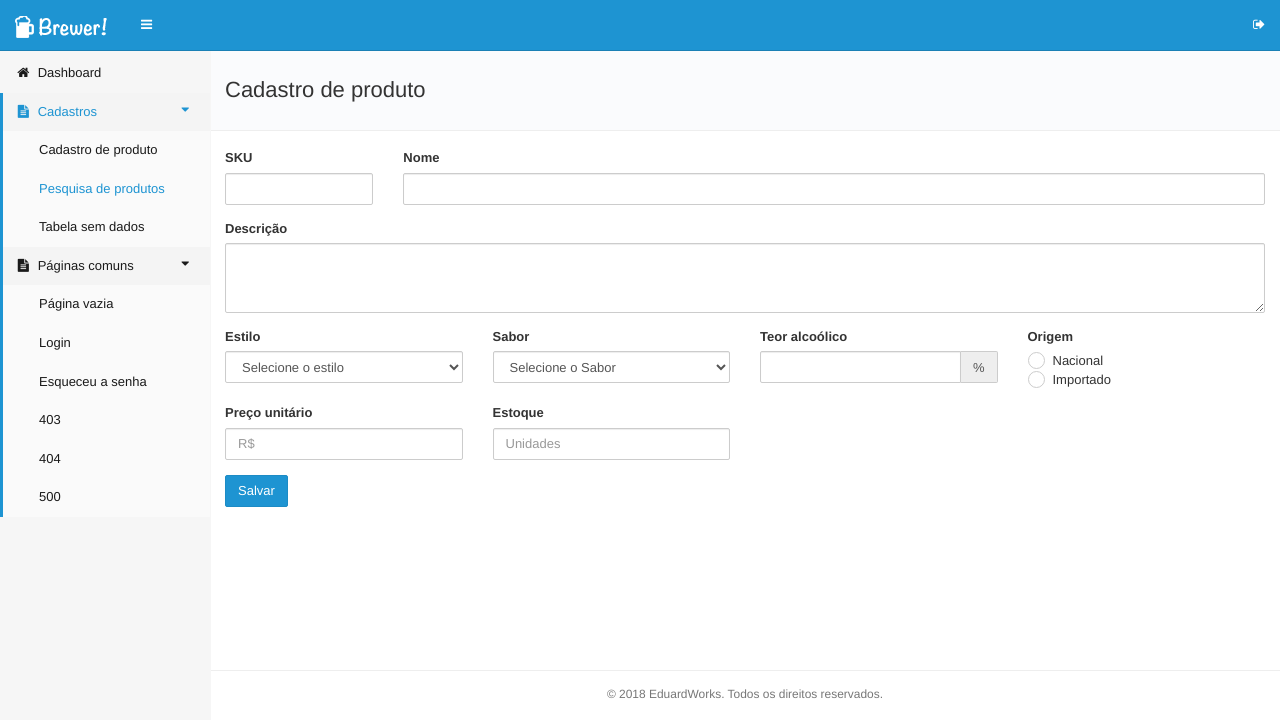
Repository: dumuller/spring-expert
Page: http://localhost/cerveja/CadastroCerveja
These files come from the project's save history. The page is drawn as it stood at one moment and after the next save; the edit follows.
The browser window is 1280 px wide. The pictures show the whole page.
The page is this project's Thymeleaf template; nobody is signed in. The template is opened directly, without the code that normally fills it, so the values that code supplies are empty.

Above is the page before, as saved 2018-12-10 16:47:28.

### brewer/src/main/resources/templates/cerveja/CadastroCerveja.html
<!DOCTYPE html>
<html lang="pt"xmlns="http://www.w3.org/1999/xhtml "
	           xmlns:th="http://www.thymeleaf.org">
<head>
	<meta charset="UTF-8"/>
	<meta http-equiv="X-UA-Compatible" content="IE=edge"/>
	<meta name="viewport" content="width=device-width, initial-scale=1"/>

	<title>Brewer</title>

	<link rel="stylesheet" type="text/css" href="/brewer/layout/stylesheets/vendors.min.css"/>
	<link rel="stylesheet" type="text/css" href="/brewer/layout/stylesheets/algaworks.min.css"/>
	<link rel="stylesheet" type="text/css" href="/brewer/layout/stylesheets/application.css"/>

	<!-- HTML5 shim and Respond.js for IE8 support of HTML5 elements and media queries -->
	<!-- WARNING: Respond.js doesn't work if you view the page via file:// -->
	<!--[if lt IE 9]>
		<script src="https://oss.maxcdn.com/html5shiv/3.7.2/html5shiv.min.js"></script>
		<script src="https://oss.maxcdn.com/respond/1.4.2/respond.min.js"></script>
	<![endif]-->
</head>
<body>

	<div class="aw-layout-page">


	<nav class="navbar  navbar-fixed-top  navbar-default  js-sticky-reference" id="main-navbar">
	  <div class="container-fluid">

	    <div class="navbar-header">
	      <a class="navbar-brand  hidden-xs" href="#">
	        <img alt="AlgaWorks" src="/brewer/images/logo.png"/>
	      </a>

	      <ul class="nav  navbar-nav">
	        <li>
	          <a href="#" class="js-sidebar-toggle"><i class="fa  fa-bars"></i></a>
	        </li>
	      </ul>
	    </div>

	    <ul class="nav navbar-nav  navbar-right">

	      <li>
	        <a href="#"><em class="fa  fa-sign-out"></em></a>
	      </li>
	    </ul>

	  </div>
	</nav>

	<aside class="aw-layout-sidebar  js-sidebar">
		<div class="aw-layout-sidebar__content">

	    	<nav class="aw-menu  js-menu">
	      		<ul class="aw-menu__list">

	        	<li class="aw-menu__item">
	         	 	<a href="dashboard.html"><i class="fa  fa-fw  fa-home"></i><span>Dashboard</span></a>
	       		</li>

	        	<li class="aw-menu__item  is-active">
	          	<a href="#">
	            	<i class="fa  fa-fw  fa-file-text"></i><span>Cadastros</span>
	            	<i class="aw-menu__navigation-icon  fa"></i>
	          	</a>

	          	<ul class="aw-menu__list  aw-menu__list--sublist">
	            	<li class="aw-menu__item  aw-menu__item--link"><a href="cadastro-produto.html">Cadastro de produto</a></li>
	            	<li class="aw-menu__item  aw-menu__item--link  is-active"><a href="pesquisa-produtos.html">Pesquisa de produtos</a></li>
	            	<li class="aw-menu__item  aw-menu__item--link"><a href="tabela-sem-dados.html">Tabela sem dados</a></li>
	          	</ul>
	        	</li>

	        	<li class="aw-menu__item  is-expanded">
	          	<a href="#">
	            	<i class="fa  fa-fw  fa-file-text"></i><span>Páginas comuns</span>
	            	<i class="aw-menu__navigation-icon  fa"></i>
	          	</a>

	          	<ul class="aw-menu__list  aw-menu__list--sublist">
	            	<li class="aw-menu__item  aw-menu__item--link"><a href="pagina-vazia.html">Página vazia</a></li>
	            	<li class="aw-menu__item  aw-menu__item--link"><a href="login.html">Login</a></li>
	            	<li class="aw-menu__item  aw-menu__item--link"><a href="esqueceu-a-senha.html">Esqueceu a senha</a></li>
	            	<li class="aw-menu__item  aw-menu__item--link"><a href="403.html">403</a></li>
	            	<li class="aw-menu__item  aw-menu__item--link"><a href="404.html">404</a></li>
	            	<li class="aw-menu__item  aw-menu__item--link"><a href="500.html">500</a></li>
	          	</ul>
	        	</li>

	      		</ul>
	    	</nav>

		</div>
	</aside>

	<section class="aw-layout-content  js-content">


		<div class="page-header">
			<div class="container-fluid">
				<h1>
					Cadastro de produto
				</h1>
			</div>
		</div>

		<div class="container-fluid">

			<!-- <div class="alert  alert-danger  alert-dismissible" role="alert">
				<button type="button" class="close" data-dismiss="alert" aria-label="Close"><span aria-hidden="true">&times;</span></button>
				<i class="fa  fa-exclamation-circle"></i> Já existe um produto com o nome informado.
			</div> -->

			<form method="POST" th:object="${cerveja}" class="form-vertical  js-form-loading">
				<div class="row">
						<div class="col-sm-2 form-group">
							<label for="sku">SKU</label>
							<input id="sku" type="text" class="form-control"/>
						</div>

						<div class="col-sm-10 form-group">
							<label for="nome">Nome</label>
							<input id="nome" type="text" class="form-control"></input>
						</div>

				</div>

				<div class="form-group">
					<label for="descricao">Descrição</label>
					<textarea id="descricao" rows="3" class="form-control"></textarea>
				</div>

				<div class="row">
						<div class="col-sm-3 form-group">
							<label for="estilo">Estilo</label>
							<select id="estilo" class="form-control">
								<option value="">Selecione o estilo</option>
								<option value="1">Pale Ale</option>
								<option value="2">Pilsen</option>
								<option value="3">Weiss</option>
								<option value="4">IPA</option>
							</select>
						</div>

						<div class="col-sm-3 form-group">
							<label for="sabor">Sabor</label>
							<select id="sabor" class="form-control">
								<option value="">Selecione o Sabor</option>
								<option value="1">Trigo</option>
								<option value="2">Frutada</option>
								<option value="3">Puro Malte</option>
							</select>
						</div>

						<div class="col-sm-3 form-group">
							<label for="teorAlcoolico">Teor alcoólico</label>
							<div class="input-group">
								<input id="teorAlcoolico" type="text" class="form-control"/>
								<div class="input-group-addon">%</div>
							</div>

						</div>

						<div class="col-sm-3 form-group">
							<label for="origem">Origem</label>
								<div>
									<div class="radio radio-inline">
									<input type="radio" name="origem">
									<label>Nacional</label>
									</div>
								</div>

								<div>
									<div class="radio radio-inline">
									<input type="radio" name="origem">
									<label>Importado</label>
									</div>
								</div>
						</div>
				</div>

				<div class="row">
					<div class="col-sm-3">
						<div class="form-group">
							<label for="input-produto-preco">Preço unitário</label>
							<input id="input-produto-preco" type="text" class="form-control" placeholder="R$"/>
						</div>
					</div>

					<div class="col-sm-3">
						<div class="form-group">
							<label for="input-produto-estoque">Estoque</label>
							<input id="input-produto-estoque" type="text" class="form-control" placeholder="Unidades"/>
						</div>
					</div>
				</div>

				<div class="form-group">
					<button class="btn  btn-primary" type="submit">Salvar</button>
				</div>

			</form>
		</div>

	</section>

	<footer class="aw-layout-footer  js-content">
		<div class="container-fluid">
			<span class="aw-footer-disclaimer">&copy; 2018 EduardWorks. Todos os direitos reservados.</span>
		</div>
	</footer>

</div>

<script src="/brewer/layout/javascripts/vendors.min.js"></script>
<script src="/brewer/layout/javascripts/algaworks.min.js"></script>

</body>
</html>

### brewer/src/main/resources/static/layout/stylesheets/application.css
.table-pesq-produto-col-preco {
  min-width: 130px;
  text-align: center;
  display: none !important;
}
@media (min-width: 992px) {
  .table-pesq-produto-col-preco {
    display: block !important;
  }
  table.table-pesq-produto-col-preco {
    display: table !important;
  }
  tr.table-pesq-produto-col-preco {
    display: table-row !important;
  }
  th.table-pesq-produto-col-preco,
  td.table-pesq-produto-col-preco {
    display: table-cell !important;
  }
}
.table-pesq-produto-col-estoque {
  min-width: 100px;
  text-align: center;
  display: none !important;
}
@media (min-width: 992px) {
  .table-pesq-produto-col-estoque {
    display: block !important;
  }
  table.table-pesq-produto-col-estoque {
    display: table !important;
  }
  tr.table-pesq-produto-col-estoque {
    display: table-row !important;
  }
  th.table-pesq-produto-col-estoque,
  td.table-pesq-produto-col-estoque {
    display: table-cell !important;
  }
}
.table-pesq-produto-col-status {
  min-width: 100px;
  text-align: center;
}
.table-pesq-produto-col-acoes {
  min-width: 105px;
  text-align: center;
}

Loaded but not shown: brewer/src/main/resources/static/layout/stylesheets/vendors.min.css (library); brewer/src/main/resources/static/layout/stylesheets/algaworks.min.css (library); brewer/src/main/resources/static/layout/javascripts/vendors.min.js (library); brewer/src/main/resources/static/layout/javascripts/algaworks.min.js (common file)

After the next save:
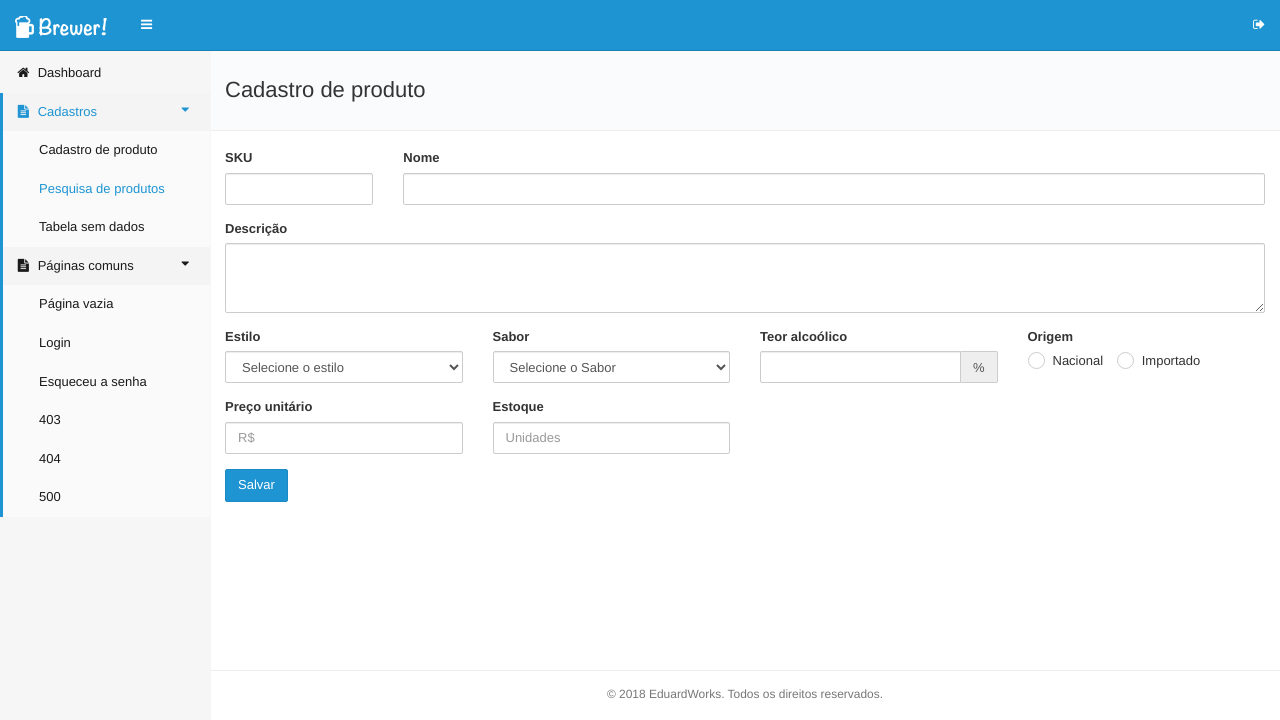
Saved 2 min 41 s later.
--- a/brewer/src/main/resources/templates/cerveja/CadastroCerveja.html
+++ b/brewer/src/main/resources/templates/cerveja/CadastroCerveja.html
@@ -166,17 +166,16 @@
 							<label for="origem">Origem</label>
 								<div>
 									<div class="radio radio-inline">
-									<input type="radio" name="origem">
-									<label>Nacional</label>
+										<input type="radio" name="origem">
+										<label>Nacional</label>
+									</div>
+
+									<div class="radio radio-inline">
+										<input type="radio" name="origem">
+										<label>Importado</label>
 									</div>
 								</div>
 
-								<div>
-									<div class="radio radio-inline">
-									<input type="radio" name="origem">
-									<label>Importado</label>
-									</div>
-								</div>
 						</div>
 				</div>
 
